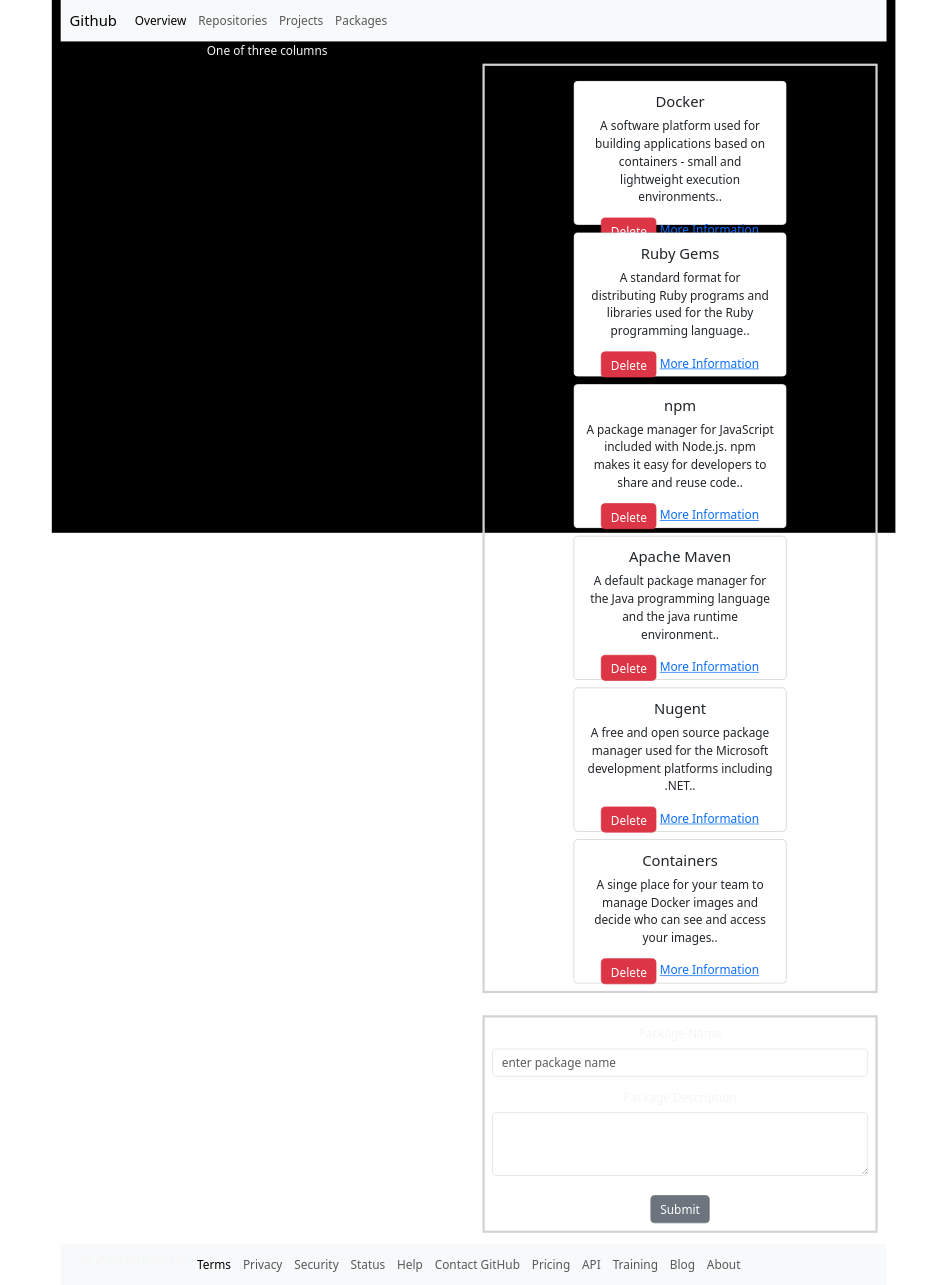
Repository: nss-evening-cohort-E23/gitsub-pull-request-posse
Page: packages.html
An editor plug-in stored every save of this project. The page is shown before and after a run of saves, followed by the edit.
The browser window is 1280 px wide. The pictures show the whole page, at 74% of full size.

Above is the page before, as saved 2023-05-09 19:52:13.

### packages.html
<!DOCTYPE html>
<html lang="en">
<head>
  <meta charset="UTF-8">
  <meta http-equiv="X-UA-Compatible" content="IE=edge">
  <meta name="viewport" content="width=device-width, initial-scale=1.0">
  <link href="https://cdn.jsdelivr.net/npm/bootstrap@5.3.0-alpha3/dist/css/bootstrap.min.css" rel="stylesheet" integrity="sha384-KK94CHFLLe+nY2dmCWGMq91rCGa5gtU4mk92HdvYe+M/SXH301p5ILy+dN9+nJOZ" crossorigin="anonymous">
  <link rel="stylesheet" href="packages.css">
  <title>Packages</title>
</head>
<body>
  <div class="container" id="master">
    <div id="navigate">
      <nav class="navbar navbar-expand-lg bg-body-tertiary">
        <div class="container-fluid">
          <a class="navbar-brand" href="#">Github</a>
          <button class="navbar-toggler" type="button" data-bs-toggle="collapse" data-bs-target="#navbarNavAltMarkup" aria-controls="navbarNavAltMarkup" aria-expanded="false" aria-label="Toggle navigation">
            <span class="navbar-toggler-icon"></span>
          </button>
          <div class="collapse navbar-collapse" id="navbarNavAltMarkup">
            <div class="navbar-nav">
              <a class="nav-link active" aria-current="page" href="#">Overview</a>
              <a class="nav-link" href="#">Repositories</a>
              <a class="nav-link" href="#">Projects</a>
              <a class="nav-link" href="#">Packages</a>
            </div>
          </div>
        </div>
      </nav>
    </div>
   <div class="container text-center">
    <div class="row align-items-start">
    <!-- 2 columns | first column for static bio -->
    <div class="col" id="bio">
      One of three columns

    </div>
    <div class="col">
      <!-- <h2><b><u>Packages</u></b></h2> -->
      <div id="packages"></div>
      <form class="form">
      <div id="newPackage">
      <div class="mb-3">
        <label for="exampleFormControlInput1" class="form-label">Package Name</label>
        <input type="text" class="form-control" id="name" placeholder="enter package name">
      </div>
      <div class="mb-3">
        <label for="exampleFormControlTextarea1" class="form-label">Package Description</label>
        <textarea class="form-control" id="description" rows="3"></textarea>
      </div>
      <button type="submit" class="btn btn-secondary" id="submit">Submit</button>
    </div>
  </form>
  </div>
  </div>
</div>
<!-- Footer -->

<div class="footer">
<nav class="navbar navbar-expand-lg bg-body-tertiary">
  <div class="container-fluid">
    <a class="navbar-brand" href="#"></a>
    <button class="navbar-toggler" type="button" data-bs-toggle="collapse" data-bs-target="#navbarNav" aria-controls="navbarNav" aria-expanded="false" aria-label="Toggle navigation">
      <span class="navbar-toggler-icon"></span>
    </button>
    <div class="collapse navbar-collapse" id="footer">
      <p>@ 2023 GitHub, Inc.</p>
      <div id="ftr-links">
      <ul class="navbar-nav">
        <li class="nav-item">
          <a class="nav-link active" aria-current="page" href="#">Terms</a>
        </li>
        <li class="nav-item">
          <a class="nav-link" href="#">Privacy</a>
        </li>
        <li class="nav-item">
          <a class="nav-link" href="#">Security</a>
        </li>
        <li class="nav-item">
          <a class="nav-link" href="#">Status</a>
        </li>
        <li class="nav-item">
          <a class="nav-link" href="#">Help</a>
        </li>
      </ul>

      <ul class="navbar-nav">
        <li class="nav-item">
          <a class="nav-link" href="#">Contact GitHub</a>
        </li>
        <li class="nav-item">
          <a class="nav-link" href="#">Pricing</a>
        </li>
        <li class="nav-item">
          <a class="nav-link" href="#">API</a>
        </li>
        <li class="nav-item">
          <a class="nav-link" href="#">Training</a>
        </li>
        <li class="nav-item">
          <a class="nav-link" href="#">Blog</a>
        </li>
        <li class="nav-item">
          <a class="nav-link" href="#">About</a>
        </li>
      </ul>
    </div>
  </div>
</nav>
</div>
</div>
</div>
</div>
  <script src="main.js"></script>
  <script src="https://cdn.jsdelivr.net/npm/bootstrap@5.3.0-alpha3/dist/js/bootstrap.bundle.min.js" integrity="sha384-ENjdO4Dr2bkBIFxQpeoTz1HIcje39Wm4jDKdf19U8gI4ddQ3GYNS7NTKfAdVQSZe" crossorigin="anonymous"></script>
</body>
</html>

### packages.css

  background-color: black;
  color: whitesmoke
}
body {
  background-color: black;
  color: lightgray;
  flex: auto;
}

#master {
  display: flex;
  flex-direction: column;
  height: 100vh;
  background-color: black;
  color: whitesmoke;
}

#navigate {
  /* flex: none; */
}

.footer {
  margin-top: auto;
  justify-content: space-around;

}

#ftr-links {
  display: flex;
  flex-direction: row;
  justify-content: space-between;

}

#packages {
  display: flex;
  flex-direction: row;
  flex-wrap: wrap;
  justify-content: space-around;
  margin: 0 auto;
  width: 100%;
  border: 3px solid lightgray;
  padding: 10px;
  margin-top: 30px;

}

.card {
 height: 195px;
 margin-top: 10px;
}

#newPackage {
  border: 3px solid lightgray;
  margin-top: 30px;
  margin-bottom: 15px;
  padding: 10px;
}

#submit {
  margin-top: 10px;
}

#delete {
  margin: auto;
  width: 75px;
  height: 35px;
}

#card-footer {
  margin-top: auto;
  justify-content: space-around;
}

### main.js

const renderToDom = (divId, htmltoRender) => {
  let targetedDiv = document.getElementById(divId);
  targetedDiv.innerHTML = htmltoRender;
};

const reposCardsOnDom = () => {
  let domString = "";
  domString += `

  `;
};

// packages array
const packages = [
  {
    id: 1,
    name: 'Docker',
    description: 'A software platform used for building applications based on containers - small and lightweight execution environments.',

  },

  {
    id: 2,
    name: 'Ruby Gems',
    description: 'A standard format for distributing Ruby programs and libraries used for the  Ruby programming language.',

  },

  {
    id: 3,
    name: 'npm',
    description: 'A package manager for JavaScript included with Node.js. npm makes it easy for developers to share and reuse code.',

  },

  {
    id: 4,
    name: 'Apache Maven',
    description: 'A default package manager for the Java programming language and the java runtime environment.',

  },

  {
    id: 5,
    name: 'Nugent',
    description: 'A free and open source package manager used for the Microsoft development platforms including .NET.',

  },

  {
    id: 6,
    name: 'Containers',
    description: 'A singe place for your team to manage Docker images and decide who can see and access your images.',
  },
]

// packages
const packagesOnDom = (array) => {
  let domString = "";

// package cards
for (const package of array) {
  domString += `<div class="card" style="width: 18rem;" id="pkgs">
  <div class="card-body">
    <h5 class="card-title">${package.name}</h5>
    <p class="card-text">${package.description}.</p>
   <div class="footer"><button class="btn btn-danger" id="delete">Delete</button>
    <a href="#" class="card-link">More Information</a>
    </div>
  </div>
</div>`
}
renderToDom("packages", domString);

}
packagesOnDom(packages);

const startApp = () => {
  packagesOnDom(packages);
}

const form = document.querySelector('.form');

const createNewPackage = (e) => {
  e.preventDefault();

  const newPackage = {
    id: packages.length + 1,
    name: document.querySelector('#name').value,
    description: document.querySelector('#description').value,
  }

  packages.push(newPackage);
  packagesOnDom(packages);
  form.reset();
}

form.addEventListener('submit', createNewPackage);

startApp();

After the next 6 saves:
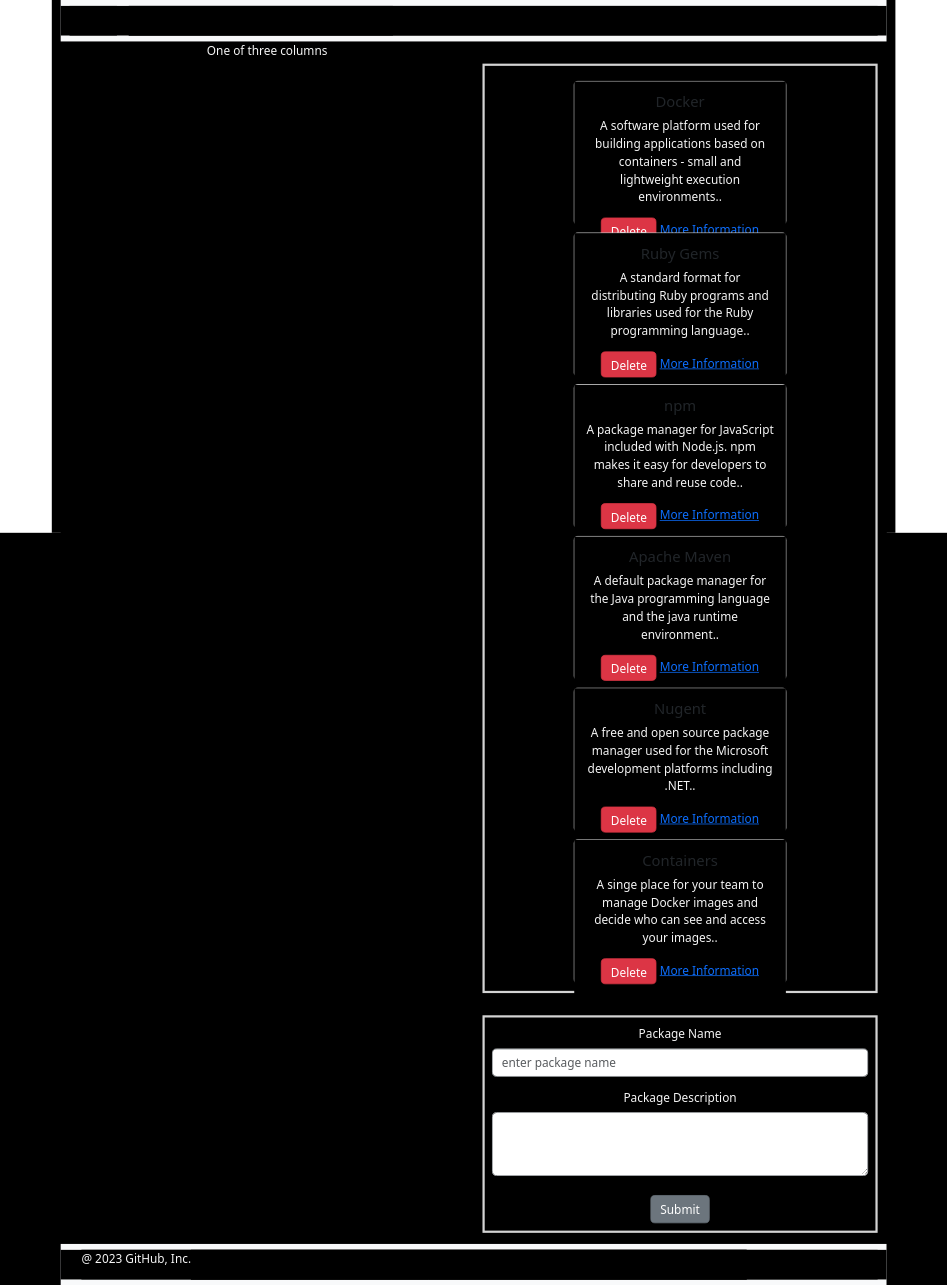
The 6 saves are shown as one change because they came seconds apart.
The last was saved 17 s later.
--- a/packages.css
+++ b/packages.css
@@ -1,4 +1,7 @@
-
+* {
+  background-color: black;
+  color: whitesmoke;
+}
   background-color: black;
   color: whitesmoke
 }
